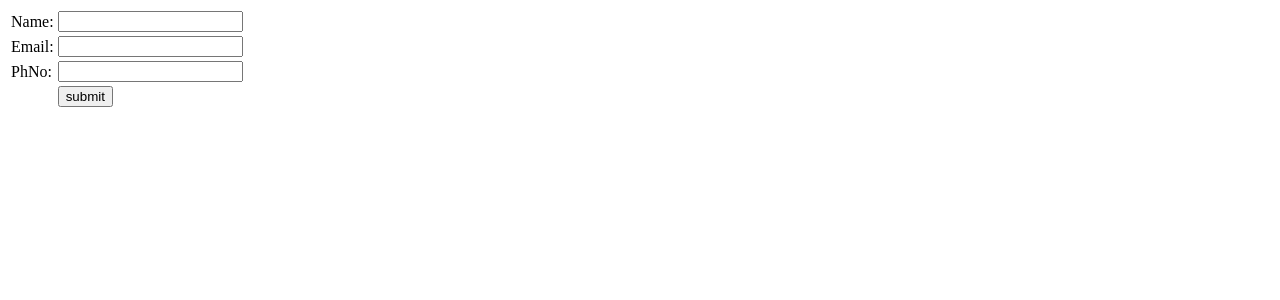
Repository: dhanushsanand/SpringWebMVC
Page: http://localhost/03-Spring-Web-MVC-From-Development/views/index.jsp
An editor plug-in stored every save of this project. The page is shown before and after the next save, followed by the edit.
The browser window is 1280 px wide. The pictures show the whole page.
The page is served by Tomcat 9.

Above is the page before, as saved 2024-11-07 17:15:22.

After the next save:
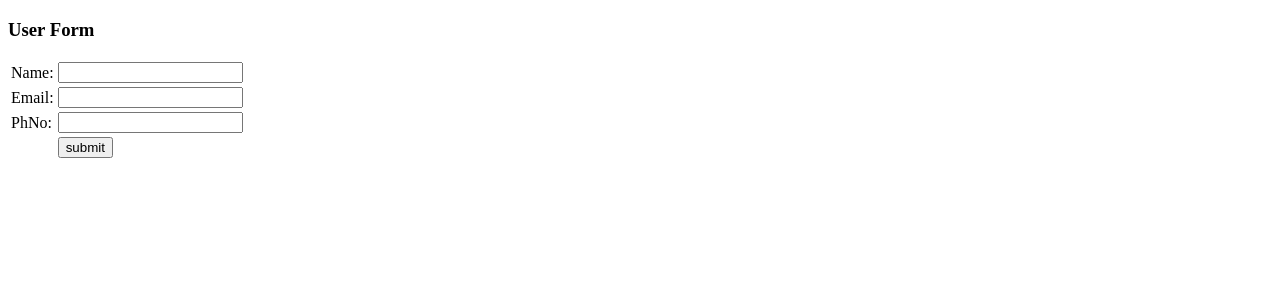
Saved 107 s later.
--- a/03-Spring-Web-MVC-From-Development/src/main/webapp/views/index.jsp
+++ b/03-Spring-Web-MVC-From-Development/src/main/webapp/views/index.jsp
@@ -7,6 +7,7 @@
 <title>Insert title here</title>
 </head>
 <body>
+<h3>User Form</h3>
 	<form action="user" method="post">
 		<table>
 		<tr>
